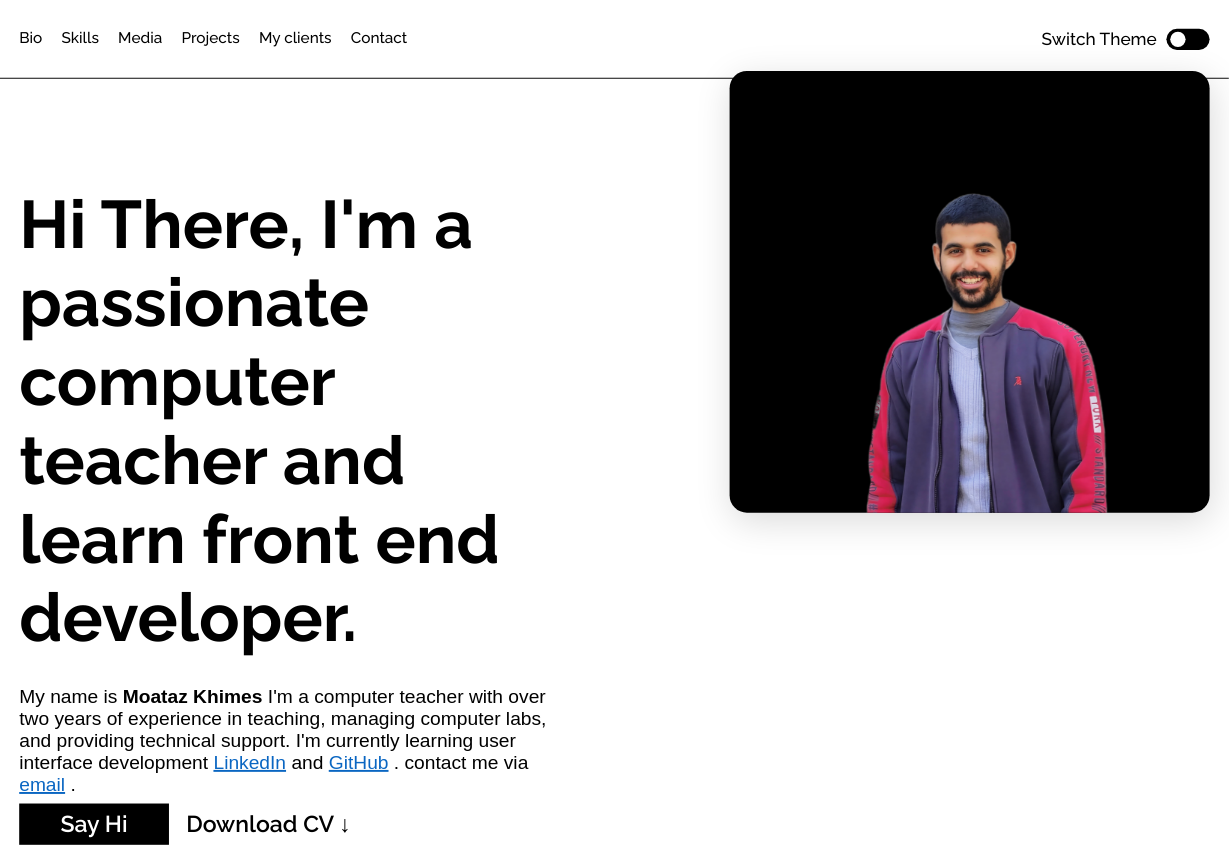
Repository: moataz305G/Personal-website
Page: index.html
The author's editor kept a copy of each file at every save. The page is drawn from the files as they stood at one save, then again after the next save.
The browser window is 1280 px wide. The pictures show the whole page, at 96% of full size.

Above is the page before, as saved 2025-12-14 08:58:53.

### index.html
<!DOCTYPE html>
<html lang="en">
  <head>
    <meta charset="UTF-8" />

    <meta name="viewport" content="width=device-width, initial-scale=1.0" />
    <link rel="preconnect" href="https://fonts.googleapis.com" />
    <link rel="preconnect" href="https://fonts.gstatic.com" crossorigin />
    <link
      href="https://fonts.googleapis.com/css2?family=Raleway:ital,wght@0,100..900;1,100..900&display=swap"
      rel="stylesheet"
    />

    <link rel="stylesheet" href="Style.css" />
    <title class="title">Moataz khimes</title>
  </head>
  <body>
    <div class="container">
      <header class="header">
        <nav class="navigation">
          <ul class="navigation__list">
            <li><a href="#" class="navigation__link">Bio</a></li>
            <li><a href="#" class="navigation__link">Skills</a></li>
            <li><a href="#" class="navigation__link">Media</a></li>
            <li><a href="#" class="navigation__link">Projects</a></li>
            <li><a href="#" class="navigation__link">My clients</a></li>
            <li><a href="#" class="navigation__link">Contact</a></li>
          </ul>
        </nav>

        <div class="toggle">
          <h3 class="toggle__title">Switch Theme</h3>
          <input
            type="checkbox"
            name="toggle checkbox"
            id="toggle"
            class="toggle__checkbox"
          />
          <label for="toggle" class="toggle__label"></label>
        </div>
      </header>

      <section id="bio" class="bio section">
        <div class="bio__content">
          <h1 class="bio__heading">
            Hi There, I'm a passionate computer teacher and learn front end
            developer.
          </h1>
          <p class="bio__objeactive">
            My name is <span class="bio__name">Moataz Khimes</span>
            I'm a computer teacher with over two years of experience in
            teaching, managing computer labs, and providing technical support.
            I'm currently learning user interface development
            <a
              href="https://www.linkedin.com/in/moataz-khimes-53586223b/"
              class="bio__linkedin"
              >LinkedIn</a
            >
            and
            <a href="https://github.com/moataz305G" class="bio__github"
              >GitHub</a
            >
            . contact me via
            <a href="mutazkhmes@gmail.com" class="bio__email">email</a>
            .
          </p>
          <a href="#" class="bio__links say-hi-link">Say Hi</a>
          <a href="#" class="bio__links find-out-link"
            >Download CV <span class="bio__arrow">↓</span></a
          >
        </div>
        <div class="bio__pic-content">
          <img
            class="bio__pic"
            src="images/personal-pic.png"
            alt="image of moataz khimes"
          />
        </div>
      </section>
    </div>
  </body>
</html>

### Style.css
:root {
  --container-width: 119rem;
  --gutter: 2rem;

  --color-black: #000;
  --color-white: #fff;
  --color-blue: #2374e1;
  --color-lite-blue: #1d9bf0;
  --color-dark-blue: #0a66c2;
  --color-darker-blue: #143ce8;
  --color-red: #ff0000;
  --color-green: #03a696;
  --color-gray: #f6f6f6;
  --color-dark-green: #42959b;

  --color-background: var(--color-white);
  --color-text: var(--color-black);
  --color-box-img: var(--color-black);
  --color-link-bg: var(--color-black);
  --color-input-border: var(--color-black);

  --font-family-raleway: "Raleway", sans-serif;
  --font-family-poppins: "Poppins", sans-serif;

  --font-weight-regular: 400;
  --font-weight-medium: 500;
  --font-weight-semi-bold: 600;
  --font-weight-bold: 700;

  --font-size-70: 7rem;
  --font-size-65: 6.5rem;
  --font-size-40: 4rem;
  --font-size-38: 3.8rem;
  --font-size-24: 2.4rem;
  --font-size-22: 2.2rem;
  --font-size-20: 2rem;
  --font-size-18: 1.8rem;
  --font-size-15: 1.5rem;

  --transition-timing: 0.3s;
}
/* CSS Reset */
* {
  margin: 0;
  padding: 0;
}

*,
*::after,
*::before {
  box-sizing: border-box;
}

a {
  color: inherit;
  display: inline-block;
}

button {
  background-color: transparent;
  border: none;
  cursor: pointer;
}

ul,
ol {
  list-style: none;
}
/* END CSS Reset */
html {
  font-size: 62.5%;
  scroll-behavior: smooth;
  scroll-padding-top: 11rem;
}

body {
  font-size: 1.6rem;
  font-family: var(--font-family-raleway);
  background-color: var(--color-background);
  color: var(--color-text);
}

.container {
  display: grid;
  row-gap: 11rem;
  max-width: calc(calc(var(--container-width)) +calc(var(--gutter) * 2));
  margin: 0 auto;
  padding-inline: var(--gutter);
}
header {
  position: relative;
  padding: 3rem 0;
  display: flex;
  justify-content: center;
  z-index: 0;
}
.header::before {
  content: "";
  position: absolute;
  height: 100%;
  width: 100vw;
  border-bottom: 0.1rem solid var(--color-black);
  top: 0;
  z-index: -1;
}

.navigation__list {
  display: flex;
  gap: 2rem;
}
.navigation__link:link,
.navigation__link:visited {
  text-decoration: none;
  font-weight: var(--font-weight-medium);
}
.navigation__link:hover,
.navigation__link:active {
  text-decoration: underline;
  color: var(--color-text);
}

/* Toggle */
.toggle {
  display: flex;
  gap: 1rem;
  margin-left: auto;
}
.toggle__title {
  font-weight: var(--font-weight-medium);
  font-size: var(--font-size-18);
}

.toggle__checkbox {
  display: none;
}

.toggle__label {
  display: block;
  position: relative;
  background-color: var(--color-black);
  border-radius: 1.5rem;
  width: 4.5rem;
  height: 2.2rem;
  cursor: pointer;
  padding: 0.3rem 0.4rem;
  transition: 0.3s;
}

.toggle__label::after {
  content: "";
  display: block;
  width: 1.6rem;
  height: 1.6rem;
  border-radius: 50%;
  background-color: var(--color-white);
  transition: 0.3s;
}

.toggle__checkbox:checked + .toggle__label {
  background-color: var(--color-white);
}
.toggle__checkbox:checked + .toggle__label::after {
  transform: translateX(2.1rem);
  background-color: var(--color-green);
}

/* End Toggle */

.section {
  display: grid;
  grid-template-columns: repeat(2, auto);
  align-items: start;
}

/* Bio */
.bio {
  grid-gap: 7.4rem;
  grid-template-columns: repeat(2, 1fr);
}

.bio__heading {
  font-size: var(--font-size-70);
  font-weight: var(--font-weight-bold);
}

.bio__objeactive {
  font-family: var(--font-family-poppins);
  font-weight: var(--font-weight-regular);
  font-size: var(--font-size-20);
  margin: 3rem 0 0.8rem;
}

.bio__name {
  font-weight: var(--font-weight-semi-bold);
}
.bio__linkedin,
.bio__github,
.bio__email {
  color: var(--color-dark-blue);
}

.bio__links {
  font-size: 2.4rem;
  font-weight: var(--font-weight-semi-bold);
  text-decoration: none;
}

.say-hi-link {
  background-color: var(--color-link-bg);
  color: var(--color-white);
  padding: 0.7rem 4.3rem;
}

.find-out-link {
  padding: 0.7rem 0;
  margin-inline-start: 1.4rem;
}

@keyframes jump {
  0% {
    transform: translatey(0.5rem);
  }
  35% {
    transform: translatey(-0.5rem);
  }
  70% {
    transform: translatey(0);
  }
  100% {
    transform: translatey(0);
  }
}

.bio__arrow {
  display: inline-block;
  animation: jump 1s infinite alternate ease-in-out;
}

.bio__pic-content {
  display: flex;
  position: relative;
  align-items: flex-end;
  justify-self: end;
}

.bio__pic-content::before {
  content: "";
  position: absolute;
  background-color: var(--color-box-img);
  width: 100%;
  height: 46rem;
  border-radius: 1.8rem;
  z-index: -1;
  box-shadow: 2.17543px 8.7017px 38.0669px rgba(0, 0, 0, 0.15);
}
.bio__pic {
  width: 50rem;
  /* width: 350px;
    height: 350px; */
  object-fit: cover; /* يمنع التشويه */
}

After the next save:
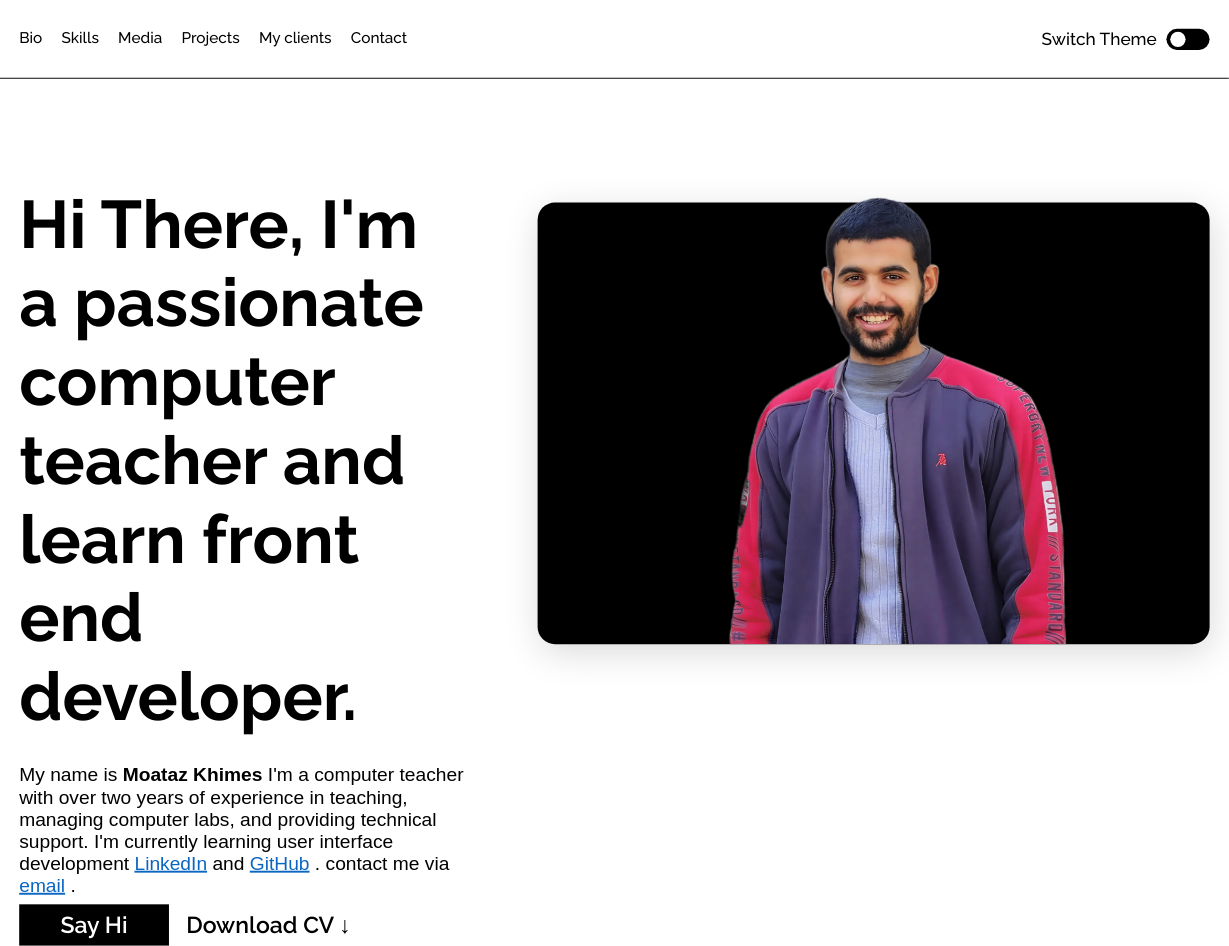
Saved 97 s later.
--- a/Style.css
+++ b/Style.css
@@ -254,7 +254,7 @@ header {
   box-shadow: 2.17543px 8.7017px 38.0669px rgba(0, 0, 0, 0.15);
 }
 .bio__pic {
-  width: 50rem;
+  width: 70rem;
   /* width: 350px;
     height: 350px; */
   object-fit: cover; /* يمنع التشويه */
